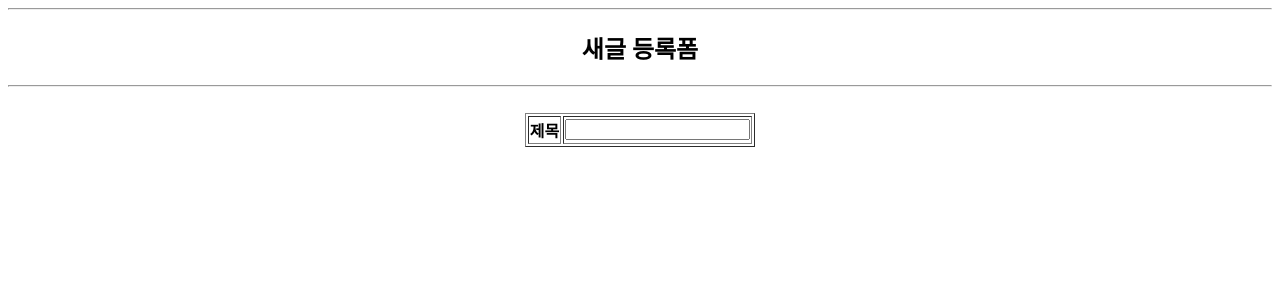
Repository: sunnny10/web-workspace
Page: http://localhost/Mission-Web/jsp/board/writeForm.jsp
The author's editor kept a copy of each file at every save. The page is drawn from the files as they stood at one save, then again after the next save.
The browser window is 1280 px wide. The pictures show the whole page.
The page is served by Tomcat 9. Other server files are loaded and not shown.

Above is the page before, as saved 2022-06-02 08:11:00.

### Mission-Web/src/main/webapp/jsp/board/writeForm.jsp
<%@ page language="java" contentType="text/html; charset=UTF-8"
    pageEncoding="UTF-8"%>
<!DOCTYPE html>
<html>
<head>
<meta charset="UTF-8">
<title>Insert title here</title>
</head>
<body>
	<div align="center">
		<hr>
		<h2>새글 등록폼</h2>
		<hr>
		<br>
		<form>
			<table border="1" style="width=80%">
				<tr>
					<th>제목</th>
					<td><input type="text" name="title"></td>
				</tr>
			</table>
		</form>
	</div>
</body>
</html>

After the next save:
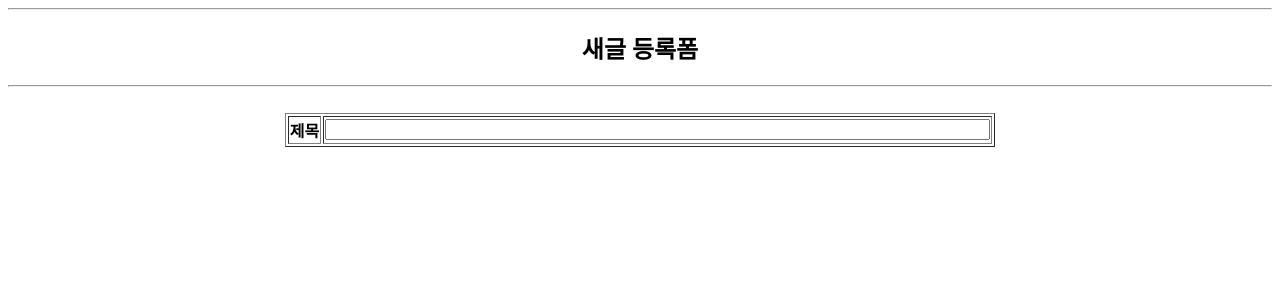
Saved 7 s later.
--- a/Mission-Web/src/main/webapp/jsp/board/writeForm.jsp
+++ b/Mission-Web/src/main/webapp/jsp/board/writeForm.jsp
@@ -16,7 +16,7 @@
 			<table border="1" style="width=80%">
 				<tr>
 					<th>제목</th>
-					<td><input type="text" name="title"></td>
+					<td><input type="text" name="title" size="80"></td>
 				</tr>
 			</table>
 		</form>
